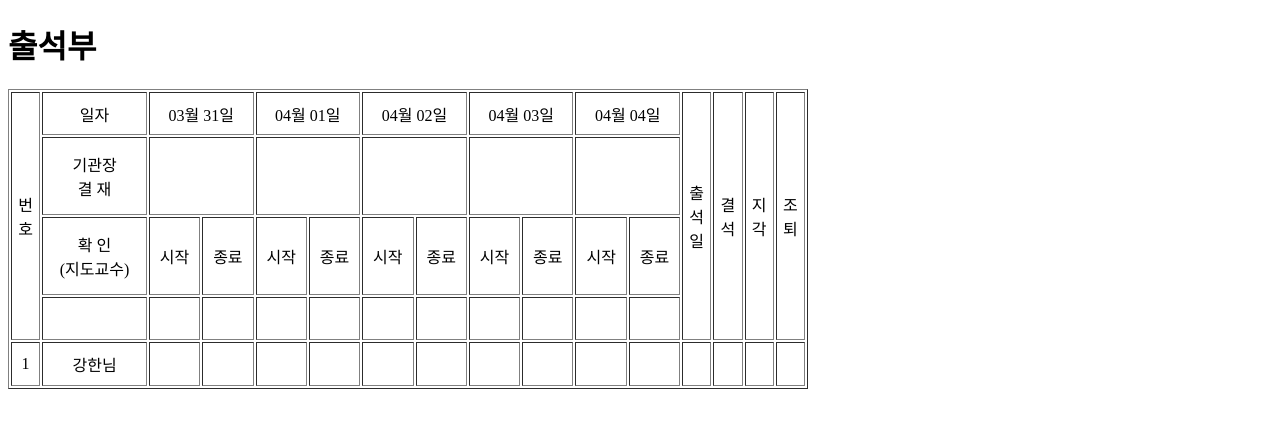
Repository: hb6700/client
Page: ClientTest/src/main/webapp/html/question/11_table.html
These files come from the project's save history. The page is drawn as it stood at one moment and after the next save; the edit follows.
The browser window is 1280 px wide. The pictures show the whole page.

Above is the page before, as saved 2023-09-21 02:57:14.

### ClientTest/src/main/webapp/html/question/11_table.html
<!DOCTYPE html>
<html>
	<head>
		<meta charset="UTF-8">
		<title>11_table</title>
	</head>
	<body>
		<h1>출석부</h1>
		<table border="1" width="800" height="300">
			<tr>
				<td width="25" height="100" align="center" rowspan="4">번호</td>
				<td width="100" height="25" align="center">일자</td>
				<td width="100" height="25" align="center" colspan="2">03월 31일</td>
				<td width="100" height="25" align="center" colspan="2">04월 01일</td>
				<td width="100" height="25" align="center" colspan="2">04월 02일</td>
				<td width="100" height="25" align="center" colspan="2">04월 03일</td>
				<td width="100" height="25" align="center" colspan="2">04월 04일</td>
				<td width="25" height="100" align="center" rowspan="4">출석일</td>
				<td width="25" height="100" align="center" rowspan="4">결석</td>
				<td width="25" height="100" align="center" rowspan="4">지각</td>
				<td width="25" height="100" align="center" rowspan="4">조퇴</td>
			</tr>
			<tr>
				<td width="100" height="30" align="center">기관장<br>결 재</td>
				<td width="100" height="30" align="center" colspan="2"></td>
				<td width="100" height="30" align="center" colspan="2"></td>
				<td width="100" height="30" align="center" colspan="2"></td>
				<td width="100" height="30" align="center" colspan="2"></td>
				<td width="100" height="30" align="center" colspan="2"></td>
			</tr>
			<tr>
				<td width="100" height="30" align="center">확 인<br>(지도교수)</td>
				<td width="30" height="25" align="center">시작</td>
				<td width="30" height="25" align="center">종료</td>
				<td width="30" height="25" align="center">시작</td>
				<td width="30" height="25" align="center">종료</td>
				<td width="30" height="25" align="center">시작</td>
				<td width="30" height="25" align="center">종료</td>
				<td width="30" height="25" align="center">시작</td>
				<td width="30" height="25" align="center">종료</td>
				<td width="30" height="25" align="center">시작</td>
				<td width="30" height="25" align="center">종료</td>
			</tr>
			<tr>
				<td width="30" height="25" align="center"></td>
				<td width="30" height="25" align="center"></td>
				<td width="30" height="25" align="center"></td>
				<td width="30" height="25" align="center"></td>
				<td width="30" height="25" align="center"></td>
				<td width="30" height="25" align="center"></td>
				<td width="30" height="25" align="center"></td>
				<td width="30" height="25" align="center"></td>
				<td width="30" height="25" align="center"></td>
				<td width="30" height="25" align="center"></td>
				<td width="30" height="25" align="center"></td>
			</tr>
			<tr>
				<td width="25" height="25" align="center">1</td>
				<td width="100" height="25" align="center">강한님</td>
				<td width="30" height="25" align="center"></td>
				<td width="30" height="25" align="center"></td>
				<td width="30" height="25" align="center"></td>
				<td width="30" height="25" align="center"></td>
				<td width="30" height="25" align="center"></td>
				<td width="30" height="25" align="center"></td>
				<td width="30" height="25" align="center"></td>
				<td width="30" height="25" align="center"></td>
				<td width="30" height="25" align="center"></td>
				<td width="30" height="25" align="center"></td>
				<td width="25" height="25" align="center"></td>
				<td width="25" height="25" align="center"></td>
				<td width="25" height="25" align="center"></td>
				<td width="25" height="25" align="center"></td>
			</tr>
		</table>
	</body>
</html>

After the next save:
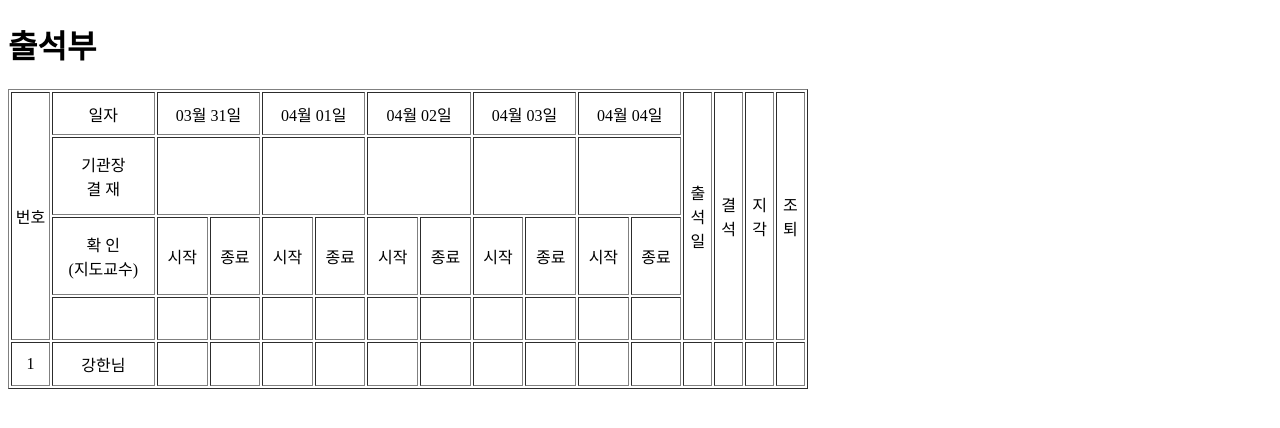
Saved 24 s later.
--- a/ClientTest/src/main/webapp/html/question/11_table.html
+++ b/ClientTest/src/main/webapp/html/question/11_table.html
@@ -8,7 +8,7 @@
 		<h1>출석부</h1>
 		<table border="1" width="800" height="300">
 			<tr>
-				<td width="25" height="100" align="center" rowspan="4">번호</td>
+				<td width="35" height="100" align="center" rowspan="4">번호</td>
 				<td width="100" height="25" align="center">일자</td>
 				<td width="100" height="25" align="center" colspan="2">03월 31일</td>
 				<td width="100" height="25" align="center" colspan="2">04월 01일</td>
